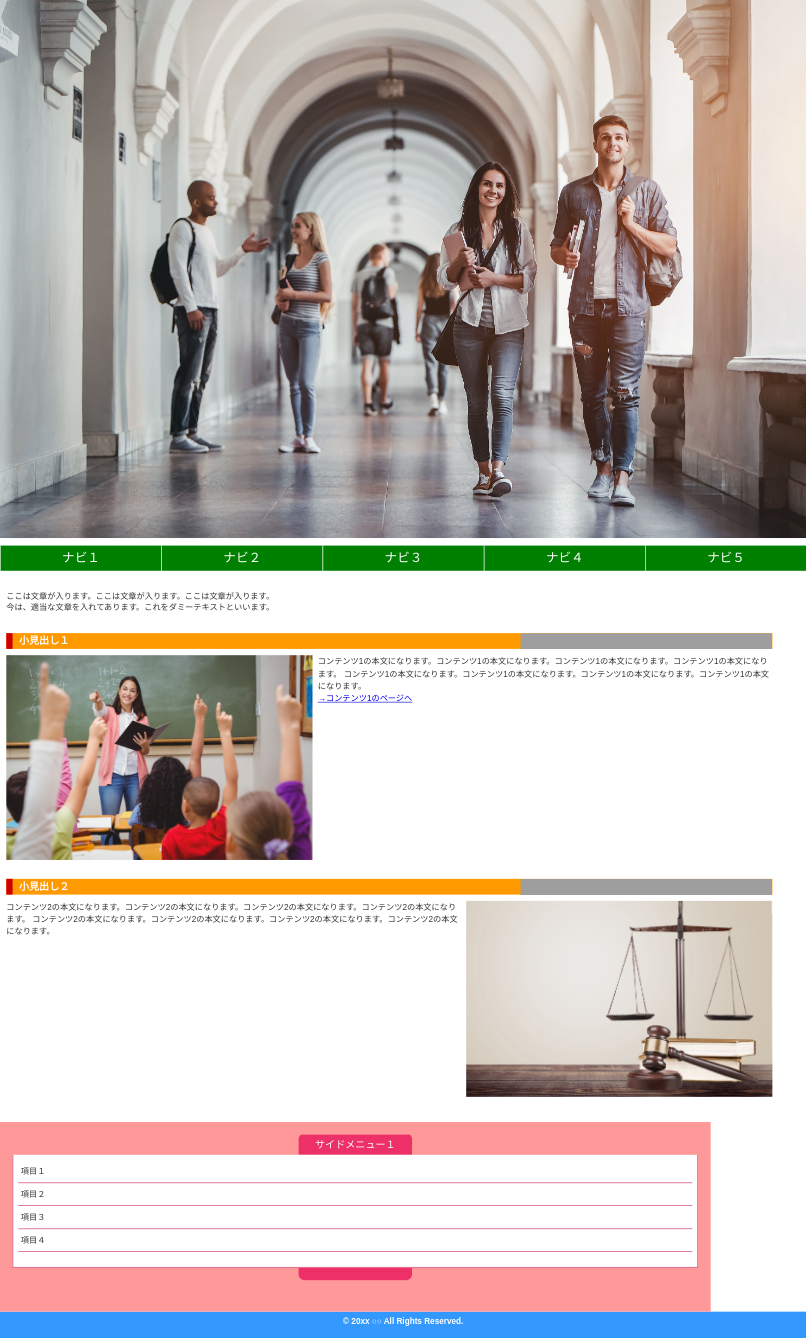
Repository: kaori0877/samurai_HTML-CSS
Page: home.html
The author's editor kept a record of every edit. The page is drawn from the files as they stood at one moment, then again after the next edit.
The browser window is 1280 px wide. The pictures show the whole page, at 63% of full size.
Pictures or frames that could not be fetched are drawn as grey boxes.

Above is the page before.

After the next edit:
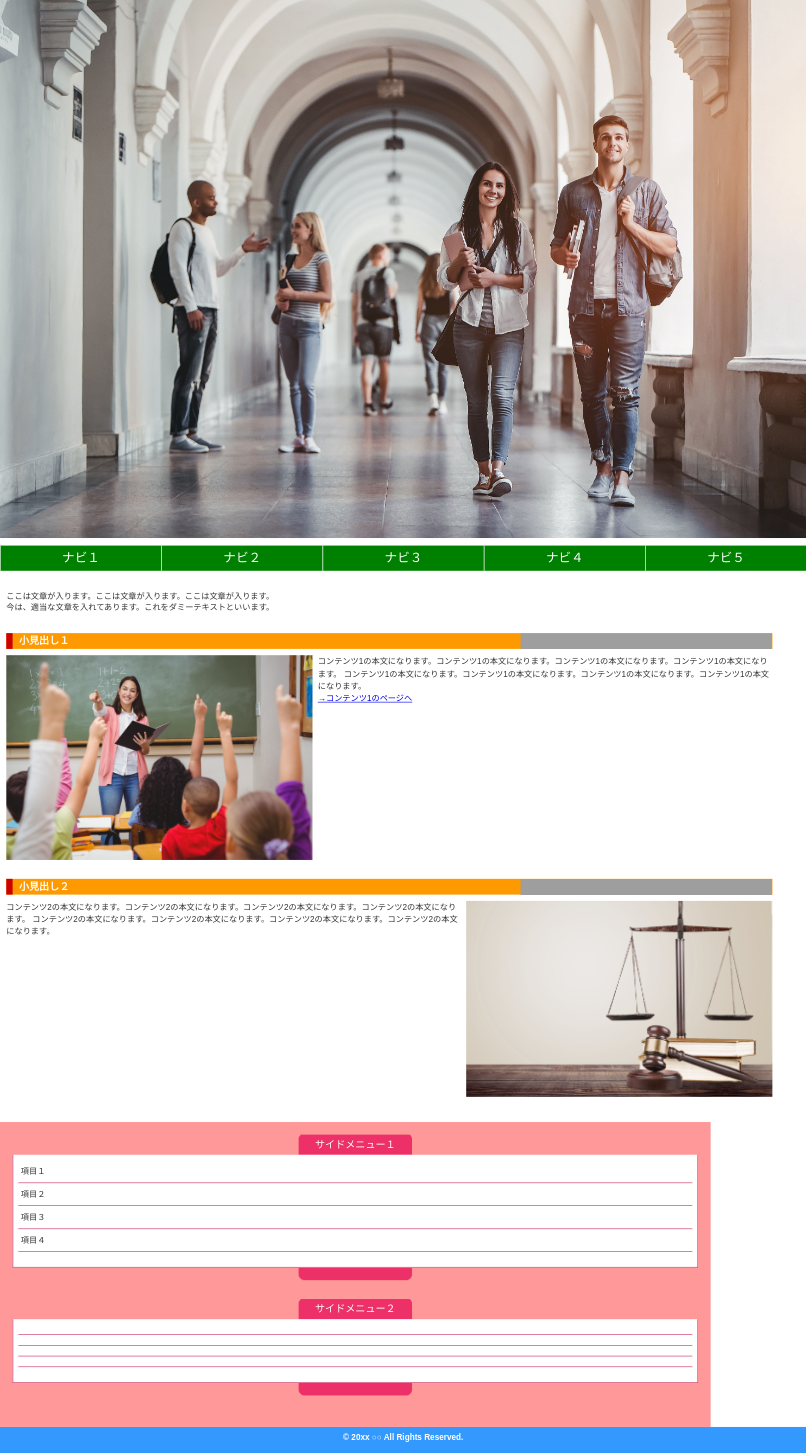
The edit:
--- a/home.html
+++ b/home.html
@@ -55,6 +55,17 @@
                             </ul>
                         </div>
                     </div>
+                    <div class="box">
+                        <h2>サイドメニュー２</h2>
+                        <div class="boxBody">
+                            <ul>
+                                <li></li>
+                                <li></li>
+                                <li></li>
+                                <li></li>
+                            </ul>
+                        </div>
+                    </div>
                 </div>
             </div>
         </div>
